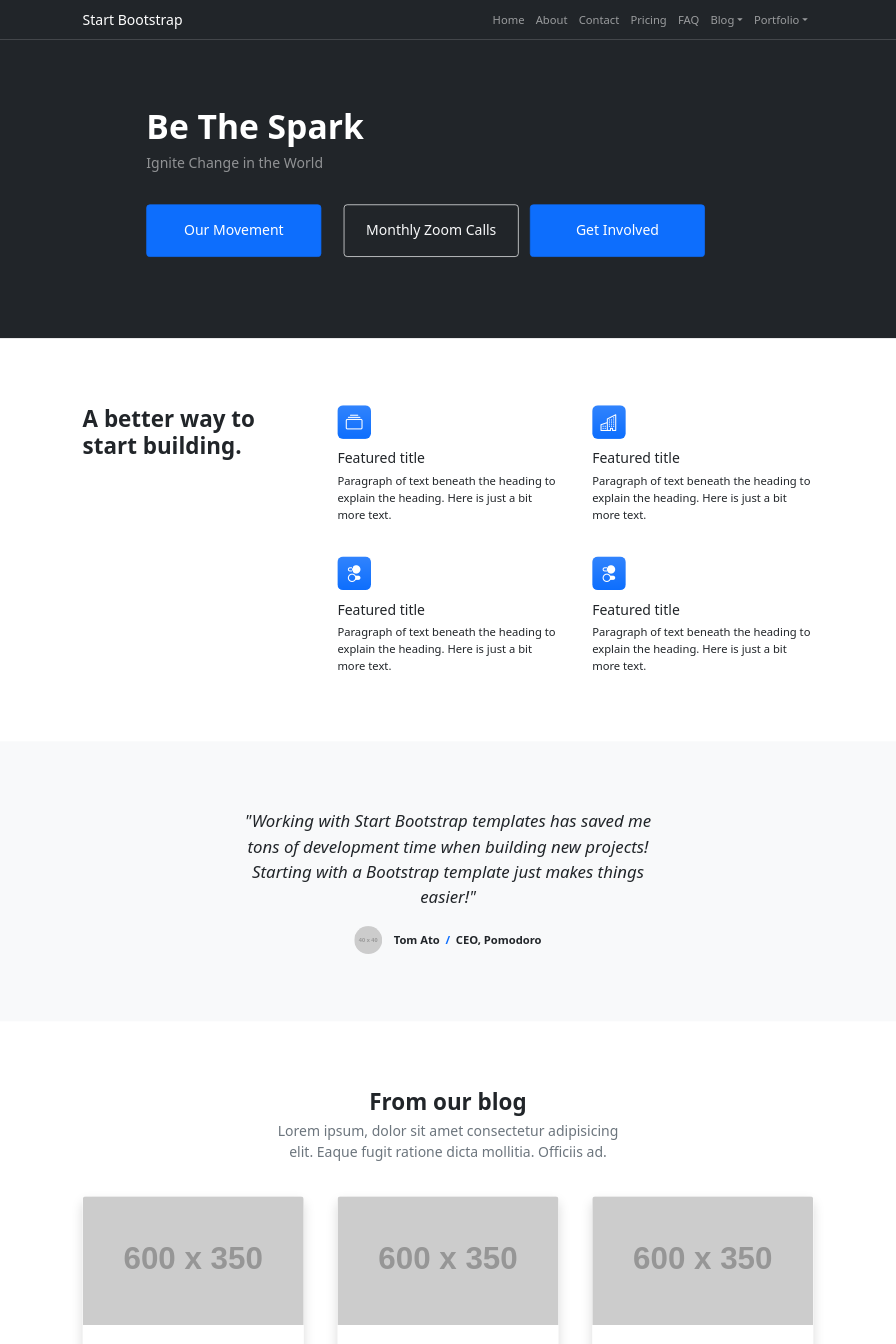
Repository: DragonFruit8/BeTheSpark
Page: index.html
The author's editor kept a copy of each file at every save. The page is drawn from the files as they stood at one save, then again after a run of saves.
The browser window is 1280 px wide. The pictures show the part of the page from y = 0 to 1920 px (the page is 2627 px tall before and 2652 px after), at 70% of full size.

Above is the page before, as saved 2024-01-14 07:42:01.

After the next 3 saves:
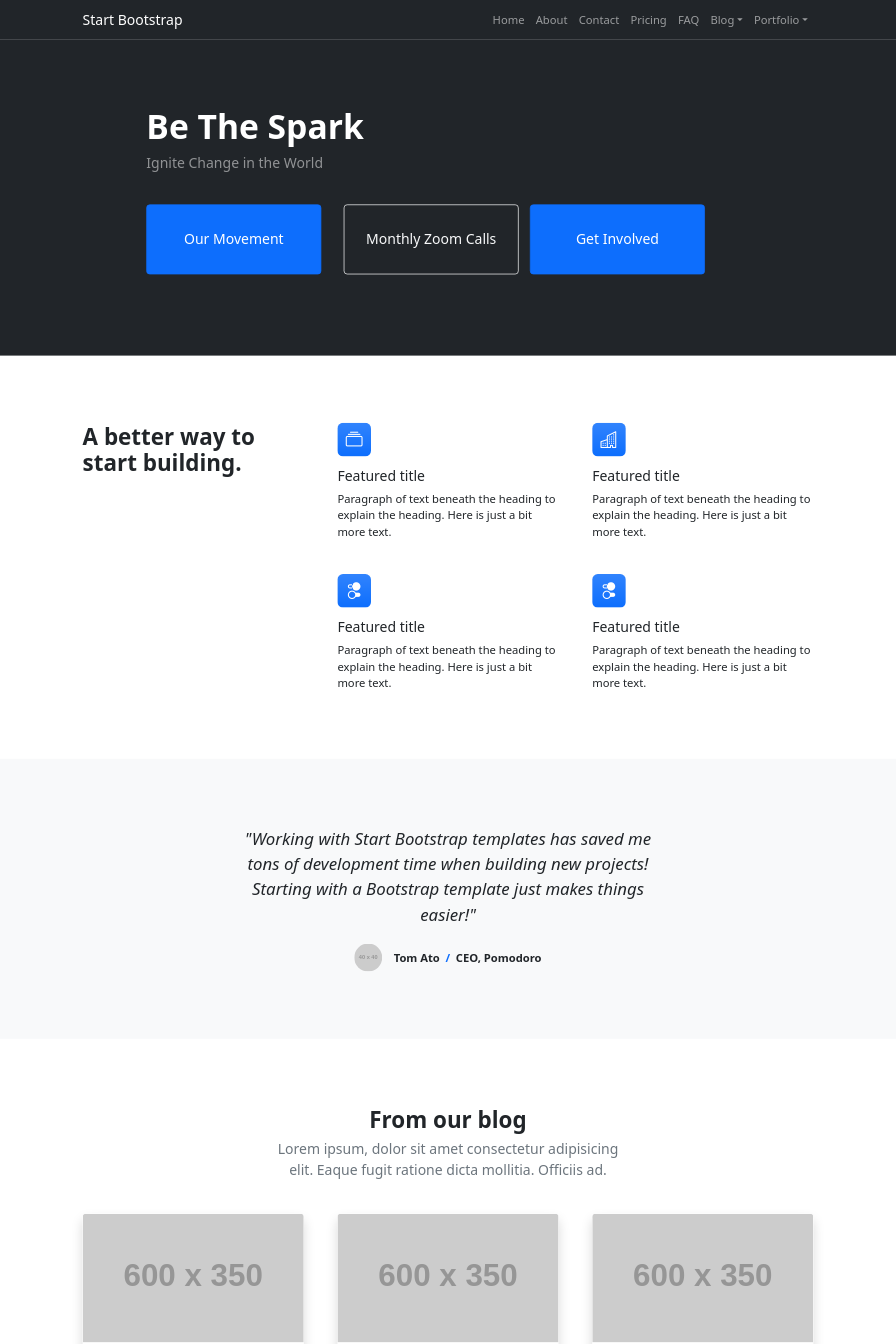
The 3 saves are shown as one change because they came seconds apart.
The last was saved 19 s later.
--- a/css/home.css
+++ b/css/home.css
@@ -17,6 +17,7 @@
     flex-direction: column;
     justify-content: center;
     align-items: center;
+    height: 300px;
     margin-top: 20px;
     margin-bottom: 20px;
     padding: 20px;

After the 3 saves that followed:
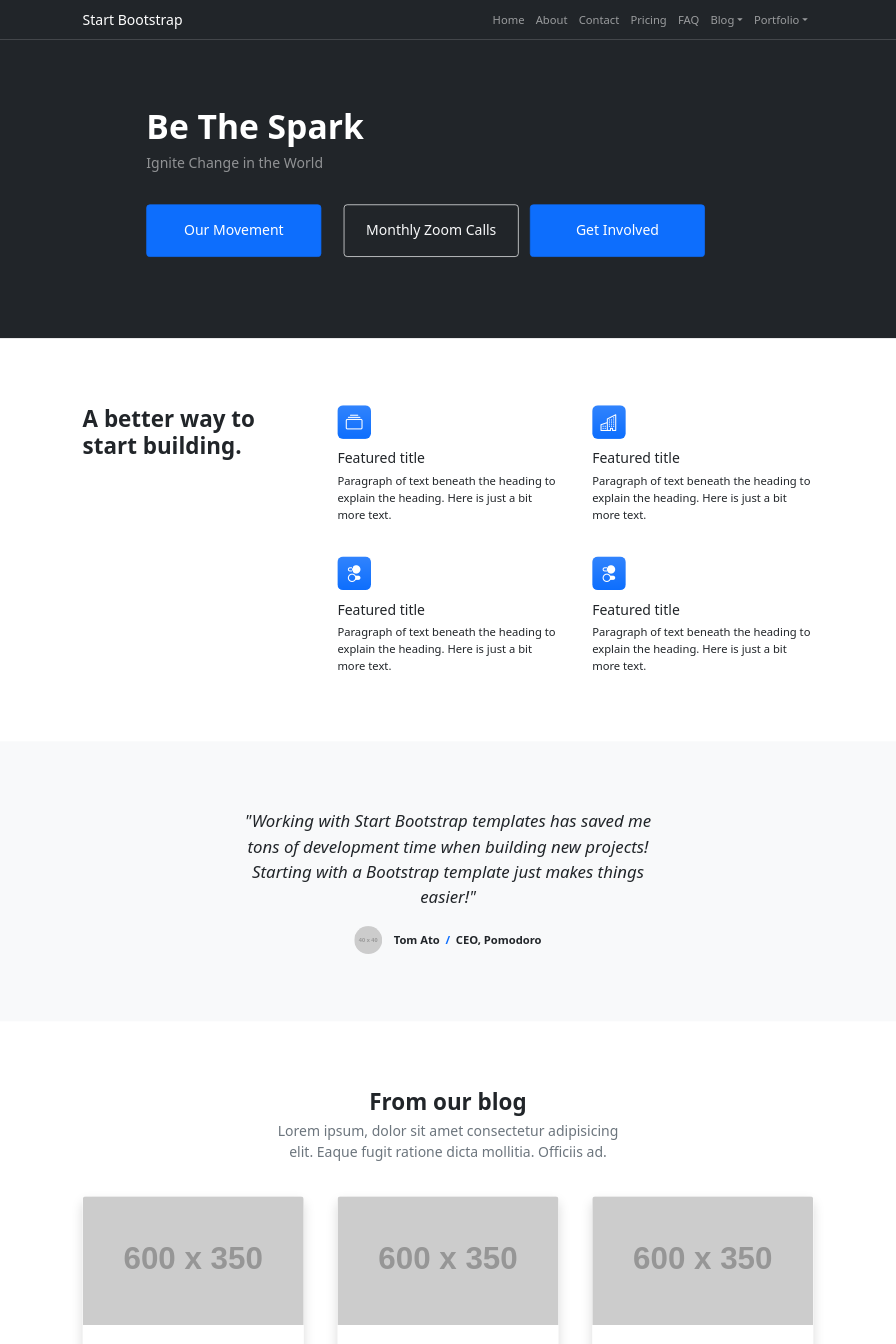
The 3 saves are shown as one change because 1 left the picture as it was and some came seconds apart.
The last was saved 10 s later.
--- a/css/home.css
+++ b/css/home.css
@@ -17,7 +17,7 @@
     flex-direction: column;
     justify-content: center;
     align-items: center;
-    height: 300px;
+    min-height: 500px;
     margin-top: 20px;
     margin-bottom: 20px;
     padding: 20px;
